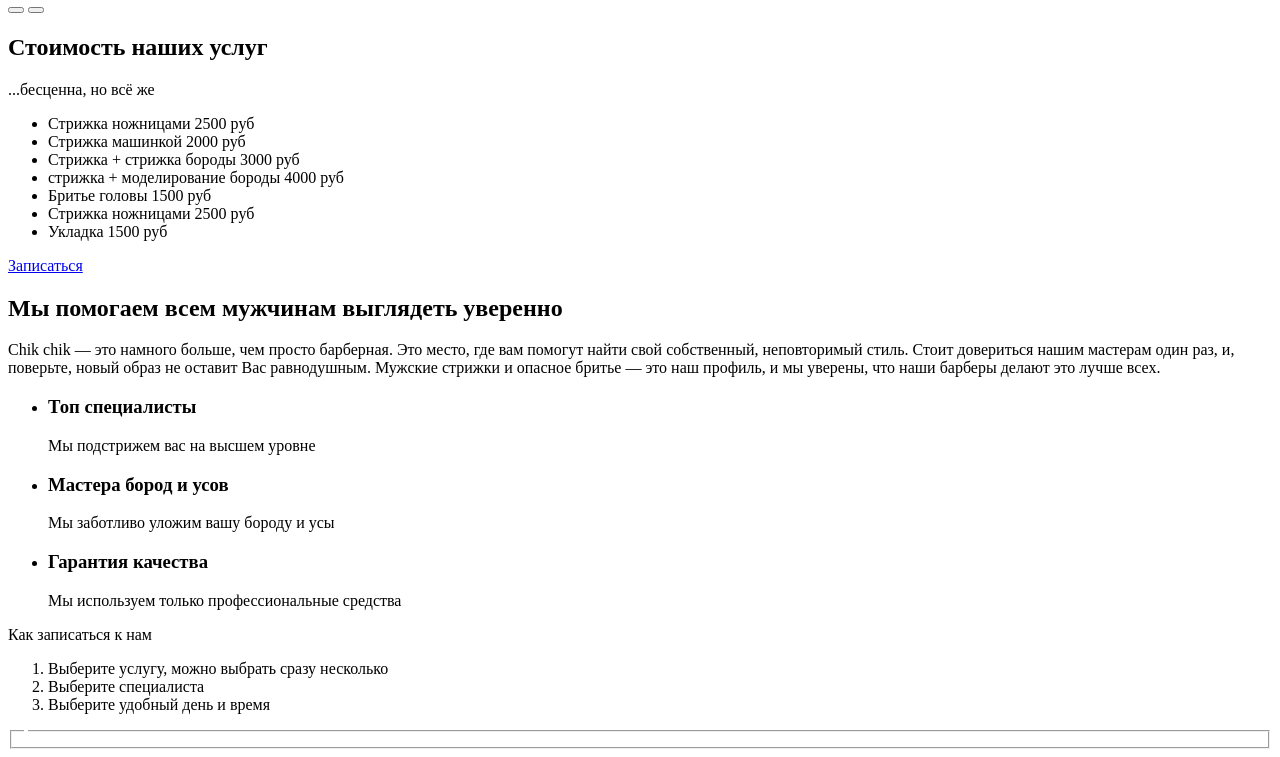
Repository: alexboagreek/chick-chick
Page: index.html
An editor plug-in stored every save of this project. The page is shown before and after the next save, followed by the edit.
The browser window is 1280 px wide. The pictures show the part of the page from y = 3047 to 3820 px (the page is 3804 px tall before and 3820 px after).
A picture or video elsewhere on the page could not be fetched, so the positions and the page height are approximate.

Above is the page before, as saved 2023-01-17 15:18:54.

After the next save:
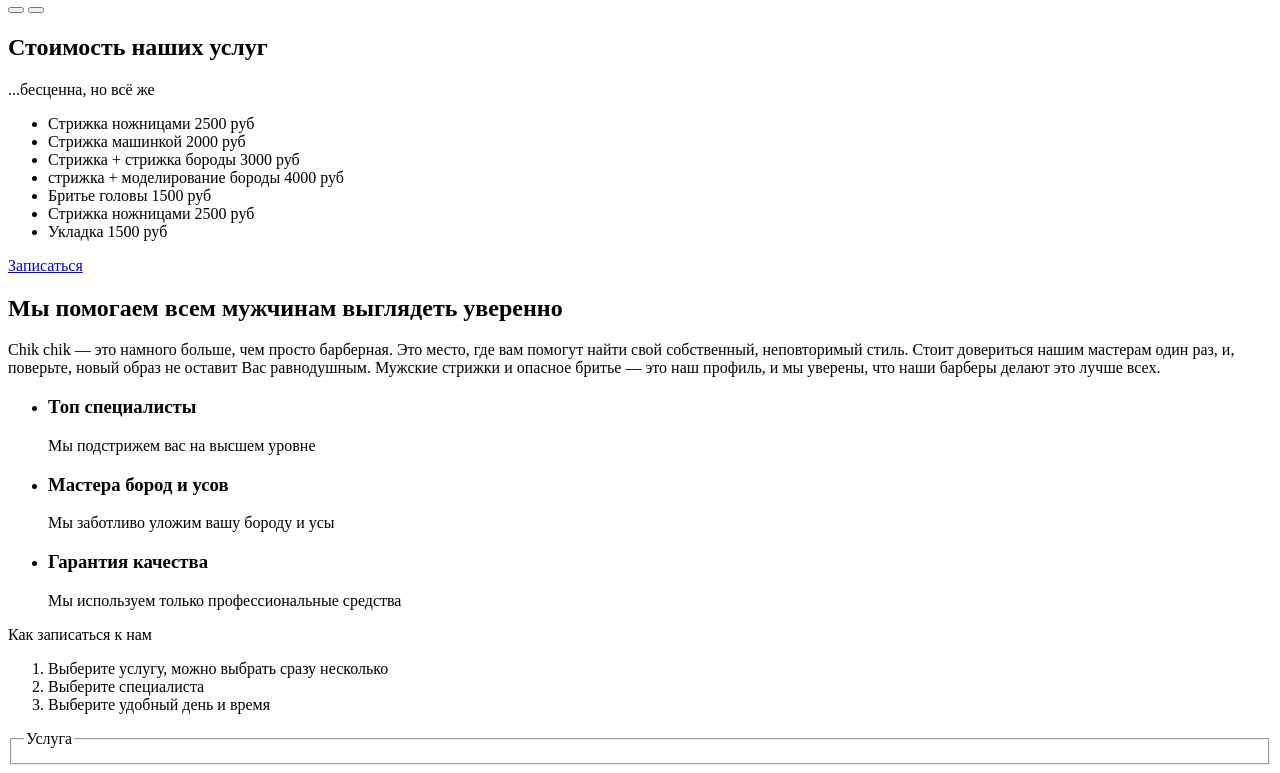
Saved 16 s later.
--- a/index.html
+++ b/index.html
@@ -150,7 +150,7 @@
             <form class="reserve__form">
                 <div class="reserve__form-container">
                     <fieldset class="reserve__fieldset">
-                        <legend class="reserve__legend"></legend>
+                        <legend class="reserve__legend">Услуга</legend>
                     </fieldset>
                 </div>
             </form>
